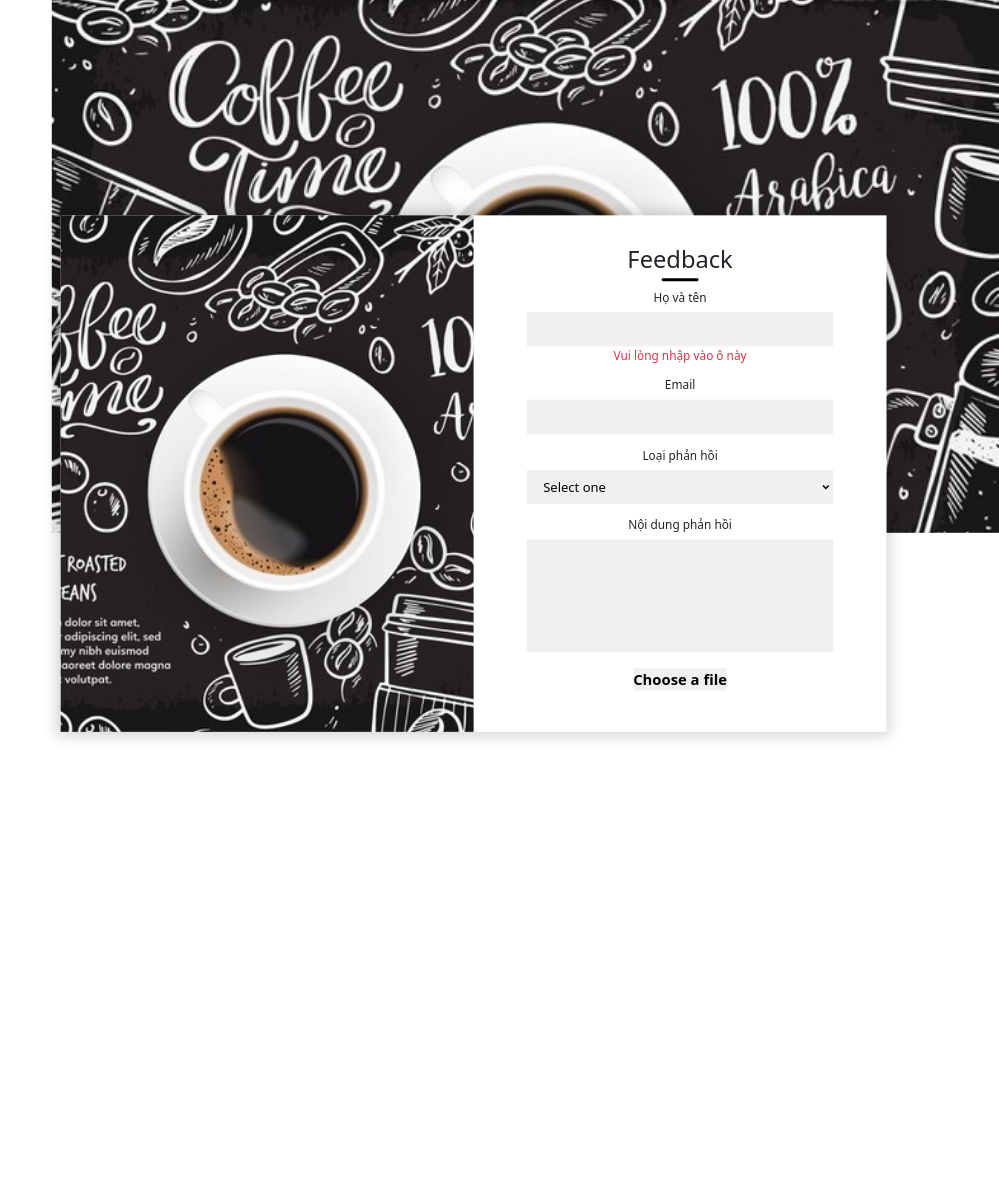
Repository: LeDongGyC/html-css
Page: HTML CSS/prototype/index.html
These files come from the project's save history. The page is drawn as it stood at one moment and after the next save; the edit follows.
The browser window is 1280 px wide. The page is 1350 px wide, then 1280 px, so the pictures cover 1350 px, including what lies to the right of the window. The pictures show the whole page, at 74% of full size.
The style sheet was rebuilt from its Sass, Less or Tailwind sources for each picture, by a compiler version that may differ from the author's.

Above is the page before, as saved 2023-05-24 10:32:55.

### HTML CSS/prototype/index.html
<!doctype html>
<html lang="en">

<head>
  <title>Title</title>
  <!-- Required meta tags -->
  <meta charset="utf-8">
  <meta name="viewport" content="width=device-width, initial-scale=1, shrink-to-fit=no">
  <link rel="stylesheet" href="style.css">
  <link rel="stylesheet" href="reset.css">
  <!-- <script src="index.js"></script> Bootstrap CSS v5.2.1 -->
  <script>
    var inputs = document.querySelectorAll('.inputfile');
    Array.prototype.forEach.call(inputs, function (input) {
      var label = input.nextElementSibling,
        labelVal = label.innerHTML;
      input.addEventListener('change', function (e) {
        var fileName = '';
        if (this.files && this.files.length > 1)
          fileName = (this.getAttribute('data-multiple-caption') || '').replace('{count}', this.files.length);
        else
          fileName = e.target.value.split('\\').pop();

        if (fileName)
          label.querySelector('span').innerHTML = fileName;
        else
          label.innerHTML = labelVal;
      });
    });
  </script>
  <link href="https://cdn.jsdelivr.net/npm/bootstrap@5.2.1/dist/css/bootstrap.min.css" rel="stylesheet"
    integrity="sha384-iYQeCzEYFbKjA/T2uDLTpkwGzCiq6soy8tYaI1GyVh/UjpbCx/TYkiZhlZB6+fzT" crossorigin="anonymous">

</head>

<body>
  <div class="container">
    <div class="feedback-box">
      <div class="feedback-box_left"></div>
      <div class="feedback-box_right">
        <h2 class="feedback-box_right-title">Feedback</h2>
        <div class="mb-3">
          <label for="name" class="form-label">Họ và tên</label>
          <input type="text" class=" feedback-box_right-item" name="" id="name" aria-describedby="helpId"
            placeholder="">
            <span class="text-danger">Vui lòng nhập vào ô này</span>
        </div>
        <div class="mb-3">
          <label for="email" class="form-label">Email</label>
          <input type="text" class=" feedback-box_right-item" name="" id="email" aria-describedby="helpId"
            placeholder="">
        </div>
        <div class="mb-3">
          <label for="" class="form-label">Loại phản hồi</label>
          <select class="feedback-box_right-item " name="" id="">
            <option selected disabled>Select one</option>
            <option value="" class="feedback-box_right-item-selected">Option 1</option>
            <option value="" class="feedback-box_right-item-selected">Option 2</option>
            <option value="" class="feedback-box_right-item-selected">Option 3</option>
          </select>
        </div>
        <div class="mb-3">
          <label for="feedback" class="form-label">Nội dung phản hồi</label>
          <textarea type="" class=" feedback-box_right-item" name="" id="feedback" aria-describedby="helpId"
            placeholder="" rows="5"></textarea>
        </div>
        <div class="mb-3">
          <input type="file" name="file" id="file" class="inputfile" data-multiple-caption="{count} files selected"
            multiple />
          <label for="file">Choose a file</label>
        </div>
      </div>
    </div>
  </div>
  <!-- Bootstrap JavaScript Libraries -->
  <!-- <script src="https://cdn.jsdelivr.net/npm/@popperjs/core@2.11.6/dist/umd/popper.min.js"
    integrity="sha384-oBqDVmMz9ATKxIep9tiCxS/Z9fNfEXiDAYTujMAeBAsjFuCZSmKbSSUnQlmh/jp3" crossorigin="anonymous">
    </script>

  <script src="https://cdn.jsdelivr.net/npm/bootstrap@5.2.1/dist/js/bootstrap.min.js"
    integrity="sha384-7VPbUDkoPSGFnVtYi0QogXtr74QeVeeIs99Qfg5YCF+TidwNdjvaKZX19NZ/e6oz" crossorigin="anonymous">
    </script> -->
</body>

</html>

### HTML CSS/prototype/style.scss
* {
  box-sizing: border-box;
}
html {
  font-size: 62.5%;
}
body {
  font-size: 1.6rem;
  font-family: "Arial", sans-serif;
  font-weight: normal;
  height: 100rem;
  // width: 100%;
}
.container {
  position: relative;
  width: 80%;
  height: 80%;
  display: flex;
  justify-content: center;
  align-items: center;
  padding: 2rem 10rem;
  &::after {
    position: sticky;
    content: "";
    position: absolute;
    width: 100vw;
    height: 100vh;
    left: 0;
    top: 0;
    background: url("cafe.jpg") no-repeat center;
    background-size: cover;
    // filter: blur(50px);
    z-index: -1;
  }
}
.feedback-box {
  max-width: 85rem;
  // min-width: 70vw;
  display: grid;
  grid-template-columns: repeat(2, 1fr);
  justify-content: center;
  align-items: center;
  text-align: center;
  background-color: #fff;
  box-shadow: 0px 0px 19px 5px rgba(0, 0, 0, 0.19);
  &_left {
    background: url("cafe.jpg") no-repeat center;
    display: block;
    background-size: cover;
    // object-fit: cover;
    height: 100%;
  }
  &_right {
    padding: 2.5rem 4.5rem;
    &-title {
      position: relative;
      padding: 0 0 10px;
      margin-bottom: 10px;
      &::after {
        content: "";
        position: absolute;
        left: 50%;
        bottom: 0;
        transform: translateX(-50%);
        height: 4px;
        width: 50px;
        border-radius: 2px;
        background-color: black;
      }
    }
    &-item {
      width: 100%;
      border: 2px solid rgba(0, 0, 0, 0);
      outline: none;
      background-color: rgba(230, 230, 230, 0.6);
      padding: 0.5rem 1rem;
      font-size: 1.1rem;
      //   margin-bottom: 22px;
      transition: 0.3s;
      &:hover {
        background-color: rgba(0, 0, 0, 0.1);
      }
      &:focus {
        border: 2px solid rgba(30, 85, 250, 0.47);
        background-color: #fff;
      }
      &:last-child {
        resize: none;
      }
    }
  }
}
.inputfile {
	width: 0.1px;
	height: 0.1px;
	opacity: 0;
	overflow: hidden;
	position: absolute;
	z-index: -1;
}
.inputfile + label {
    font-size: 1.25em;
    font-weight: 700;
    color: black;
    background-color: rgba(230, 230, 230, 0.6);
    display: inline-block;
    cursor: pointer;
}

.inputfile:focus + label,
.inputfile + label:hover {
  color: rgba(30, 85, 250, 0.47);
  background-color: rgba(0, 0, 0, 0.1);
}

Loaded but not shown: HTML CSS/prototype/reset.css (common file)

After the next save:
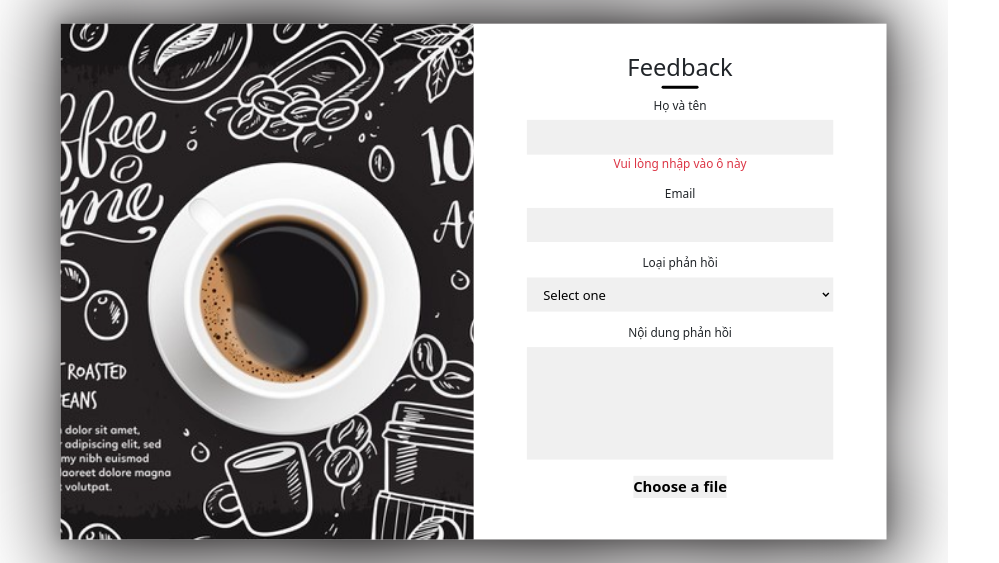
Saved 12 s later.
--- a/HTML CSS/prototype/style.scss
+++ b/HTML CSS/prototype/style.scss
@@ -8,7 +8,7 @@ body {
   font-size: 1.6rem;
   font-family: "Arial", sans-serif;
   font-weight: normal;
-  height: 100rem;
+  // height: 100vh;
   // width: 100%;
 }
 .container {
@@ -23,13 +23,13 @@ body {
     position: sticky;
     content: "";
     position: absolute;
-    width: 100vw;
-    height: 100vh;
+    width: 100%;
+    height: 100%;
     left: 0;
     top: 0;
     background: url("cafe.jpg") no-repeat center;
     background-size: cover;
-    // filter: blur(50px);
+    filter: blur(50px);
     z-index: -1;
   }
 }
